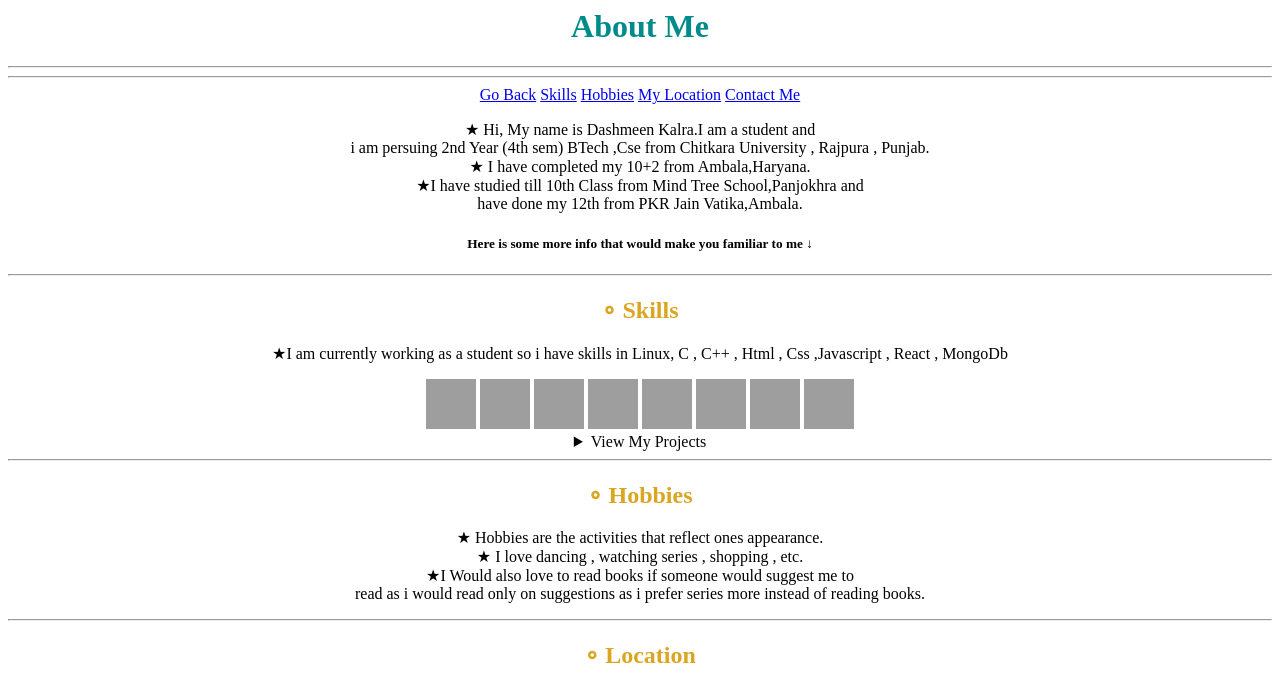
Repository: dashmeenkalra/dashmeen_kalra
Page: first.html
These files come from the project's save history. The page is drawn as it stood at one moment and after the next save; the edit follows.
The browser window is 1280 px wide. The pictures show the part of the page from y = 0 to 689 px (the page is 1207 px tall).
Pictures or frames that could not be fetched are drawn as grey boxes.

Above is the page before, as saved 2023-02-22 20:29:15.

### first.html
<html>
    <head>
        <link rel="icon" type="image/x-icon" href="https://th.bing.com/th/id/R.fd5a137d4cc43657449836c511c422e1?rik=xs4NJnZD7SrL9w&riu=http%3a%2f%2fcdn.onlinewebfonts.com%2fsvg%2fimg_24787.png&ehk=XT7ycIEO1QBstZHkYYA%2fmHm7bSjaBM1nSo61Bl%2bnJSs%3d&risl=&pid=ImgRaw&r=0">
        <title>
            About Me
        </title>
    </head>
    <body>
        <header>
        <header id ="header">
        <center>
        <h1 style="color: darkcyan;"> About Me </h1><hr/><hr/>
        <a href ="profile.html" >Go Back</a>
        <a href="#skills" >Skills</a>
        <a href="#hobbies" >Hobbies</a>
        <a href="#mylocation" >My Location</a>
        <a href="#contactme" >Contact Me</a>
        </header>
        <center>
       <p>
        <span> &bigstar; Hi, My name is Dashmeen Kalra.I am a student and </br> i am persuing 2nd Year (4th sem) BTech ,Cse from Chitkara University , Rajpura , Punjab.</br>&bigstar; I have completed my 10+2 from Ambala,Haryana.</br>
            &bigstar;I have studied till 10th Class from Mind Tree School,Panjokhra and</br> have done my 12th from PKR Jain Vatika,Ambala.</br>
       <h5 style=" font:bold;">  Here is some more info that would make you familiar to me &DownArrow;</h5>
       </span>
       </p>
       </center>
    <hr/>
    </body>
        <center>
            <div id="skills">
            <h2 style="color: goldenrod ;">
                &SmallCircle; Skills
            </h2>
            <p>&bigstar;I am currently working as a student so i have skills in Linux, C , C++ , Html , Css ,Javascript , React , MongoDb</p>
            <img src="https://th.bing.com/th/id/OIP.N1aPrczytmOFgXqnXVHWTwHaIL?w=197&h=218&c=7&r=0&o=5&dpr=1.7&pid=1.7" alt="linux" height="50" width="50"/>
            <img src=" https://th.bing.com/th/id/OIP.w9AIOO6Cfup6aToV1E-dEQHaIr?pid=ImgDet&rs=1" alt="C" height="50" width="50"/>
            <img src="https://th.bing.com/th/id/OIP.bWumUpOSAGoqpVsO18ef2wHaHX?w=229&h=220&c=7&r=0&o=5&dpr=1.7&pid=1.7" alt="C++" height="50" width="50"/>
            <img src="https://cdn-icons-png.flaticon.com/512/732/732212.png" alt="html" height="50"width="50"/>
            <img src="https://cdn.pixabay.com/photo/2017/08/05/11/16/logo-2582747_960_720.png"
             alt ="css" height="50"width="50"/>
            <img src="https://www.citypng.com/public/uploads/preview/js-javascript-round-logo-icon-png-11662226392lsrrajcm0y.png" alt="javascript"  height="50"width="50"/>
            <img src ="https://cdn1.iconfinder.com/data/icons/soleicons-solid-vol-1/64/reactjs_javascript_library_atom_atomic_react-512.png" alt="react" height="50"width="50"/>
            <img src="https://www.opc-router.de/wp-content/uploads/2021/03/mongodb_thumbnail.png" alt="mongoDb" height="50"width="50"/>
            <details>
                <summary> View My Projects</summary>
                <p> I Will Provide Links After Completing projects</p>
            </details>
            <hr/>
            </div>
            <div id="hobbies">
            <h2 style="color: goldenrod ;">
                &SmallCircle; Hobbies
            </h2>
            <p>&bigstar; Hobbies are the activities that reflect ones appearance. </br> &bigstar; I love dancing , watching series , shopping , etc.</br>
            &bigstar;I Would also love to read books if someone would suggest me to</br> read as i would read only on suggestions as i prefer series more instead of reading books.
            </p>
            <hr/>
            </div>
            <div id="mylocation">
            <h2 style="color: goldenrod ;">
                &SmallCircle; Location
            </h2>
            <iframe src="https://www.google.com/maps/embed?pb=!1m18!1m12!1m3!1d110152.16762166744!2d76.70738530688229!3d30.372109374687426!2m3!1f0!2f0!3f0!3m2!1i1024!2i768!4f13.1!3m3!1m2!1s0x390fb62a421e6f11%3A0xebd28a29f7258d14!2sAmbala%2C%20Haryana!5e0!3m2!1sen!2sin!4v1677039049525!5m2!1sen!2sin" width="500" height= "300" style="border:0;" allowfullscreen="" loading="lazy" referrerpolicy="no-referrer-when-downgrade"></iframe>
            <hr/>
            </div>
            <div id="contactme">
            <h2 style="color: goldenrod ;">
                &SmallCircle; Contact Me &phone;
            </h2>

            <a href="https://github.com/dashmeenkalra"
            target="_blank"><img src="https://clipground.com/images/github-icon-clipart-7.png" alt="github" height="50" width = "50" /></a>
            <a href="https://www.linkedin.com/in/dashmeen-kalra-9309a722a/"
            target="_blank"><img src="https://th.bing.com/th/id/OIP.w_zDkEJ9aLiWR-g0rff8hwHaHa?pid=ImgDet&rs=1" alt="linkedin" height="50" width="50"/></a>
            <a href="https://stackoverflow.com/users/21198244/dashmeen"
            target = "_blank"><img src="https://th.bing.com/th/id/OIP.JyZctYsMq8H83u4Bn9kPOAHaC5?w=310&h=137&c=7&r=0&o=5&dpr=1.7&pid=1.7" alt="stackoverflow" height="50" width="50"/></a>
            <a href="dashmeenkalra21@gmail.com"
            target="_blank"><img src="https://th.bing.com/th/id/R.66cdca2a32dc3ffee6c16b1b39615096?rik=LPgeH3rxBq4QBA&riu=http%3a%2f%2fwww.clintonfitch.com%2fwp-content%2fuploads%2f2018%2f01%2fGmail-Icon.png&ehk=faQcrEq8H976O8CxSZcIBjaMzIGFMSDDtixcpxVRgrc%3d&risl=&pid=ImgRaw&r=0" alt="gmail" height="50" width="50"/></a>
            </div>
        </center>
        <footer>
            <center>
            <h5 style ="color: goldenrod"> &copy; My Profile</h5>
            <a href="#header">Go to Top</a>
            </center>
        </footer>
    </body>
</html>

After the next save:
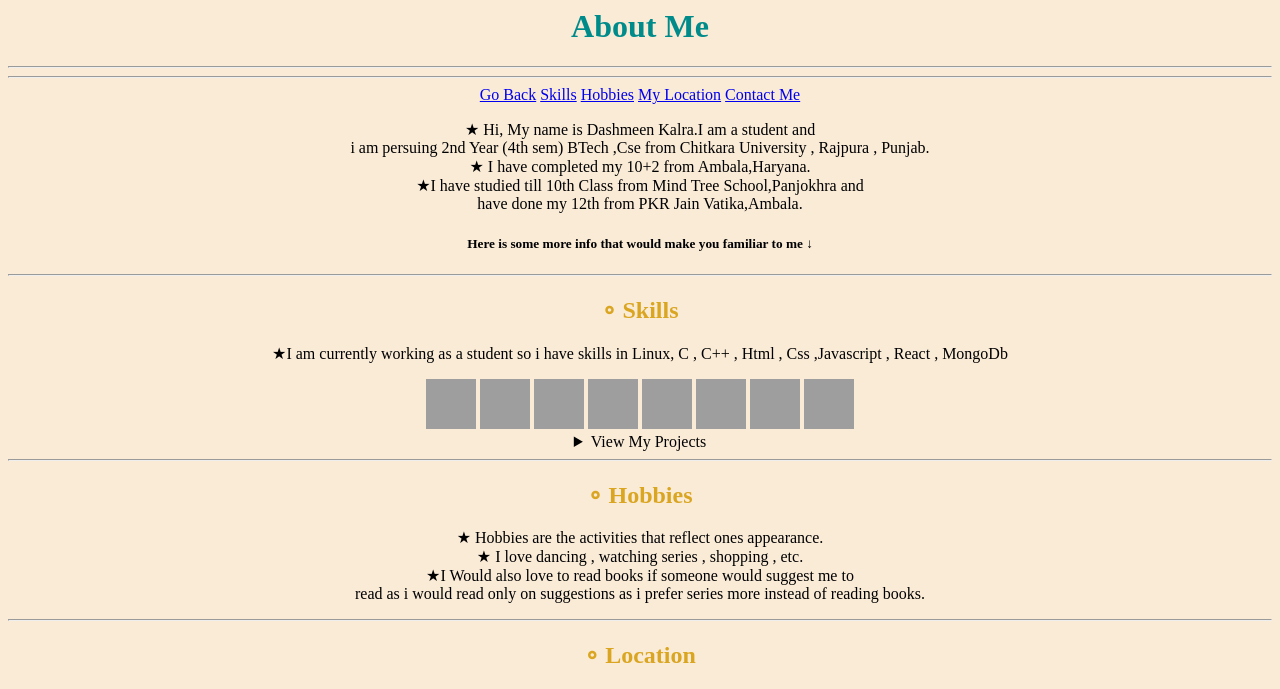
Saved 19 s later.
--- a/first.html
+++ b/first.html
@@ -5,7 +5,7 @@
             About Me
         </title>
     </head>
-    <body>
+    <body style="background-color: antiquewhite;">
         <header>
         <header id ="header">
         <center>
